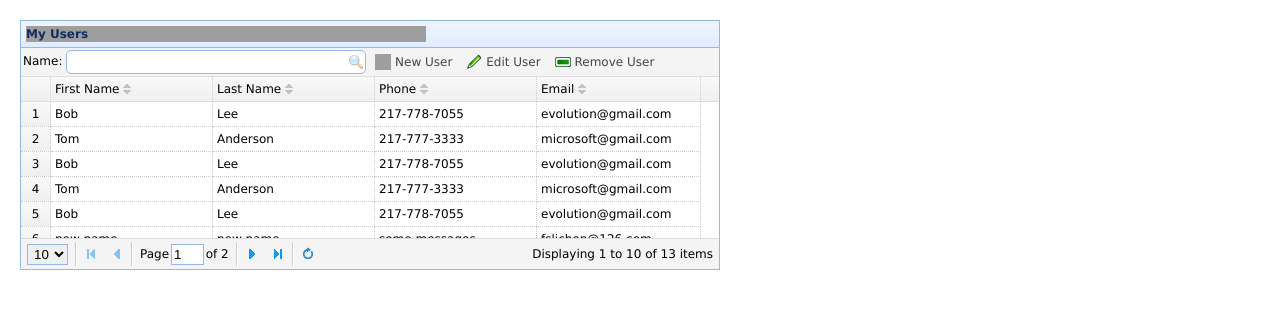
Repository: fslichen/EasyUI_Project_Management
Page: EasyUI_Project_Management/src/main/resources/static/evolution.html
The author's editor kept a copy of each file at every save. The page is drawn from the files as they stood at one save, then again after the next save.
The browser window is 1280 px wide. The pictures show the whole page.
Pictures or frames that could not be fetched are drawn as grey boxes. The page's requests for data from a server got no answer.

Above is the page before, as saved 2017-06-25 14:21:14.

### EasyUI_Project_Management/src/main/resources/static/evolution.html
<!DOCTYPE html>
<html>
<head>
<meta charset="UTF-8">
<title>Basic CRUD Application - jQuery EasyUI CRUD Demo</title>
<link rel="stylesheet" type="text/css" href="themes/default/easyui.css">
<link rel="stylesheet" type="text/css" href="themes/icon.css">
<link rel="stylesheet" type="text/css" href="themes/color.css">
<link rel="stylesheet" type="text/css" href="demo/demo.css">
<script type="text/javascript" src="jquery.min.js"></script>
<script type="text/javascript" src="jquery.easyui.min.js"></script>
<script type="text/javascript">
function post(url, request) {
	$.ajax({
	    url: url,
	    type: 'POST',
	    data: JSON.stringify(request),
	    contentType: 'application/json; charset=utf-8',
	    dataType: 'json',
	    async: true,
	    success: function(response) {
	        alert(JSON.stringify(response));
	    }
	});
}

function getColumnIds(tableId) {
	var ths = $('#' + tableId + 'th');
	var columns = new Array();
	$('th').each(function(index) {
		columns.push($(this).attr('field'));
	});
	return columns;
}

function addRow(tableId, row) {
	$('#' + tableId).datagrid('appendRow', {
		firstname: 'new name',
		lastname: 'new name',
		phone : 'some messages',
		email : 'fslichen@126.com'
	});
}

$(document).ready(function() {
	var request = {name : 'Chen'};
	post('post', request);
	var columns = getColumnIds('dg');
	for (i in columns) {
		console.info(columns[i]);
	}
	for (var i = 0; i < 8; i++) {
		addRow('dg');
	}
});
</script>
</head>
<body>
	<div id="toolbar">
		Name: <input class="easyui-textbox" data-options="iconCls:'icon-search'" style="width:300px">
		<a href="javascript:void(0)" class="easyui-linkbutton" iconCls="icon-add" plain="true" onclick="newUser()">New User</a>
		<a href="javascript:void(0)" class="easyui-linkbutton" iconCls="icon-edit" plain="true" onclick="editUser()">Edit User</a>
		<a href="javascript:void(0)" class="easyui-linkbutton" iconCls="icon-remove" plain="true" onclick="destroyUser()">Remove User</a>
	</div>
	<table id="dg" title="My Users" class="easyui-datagrid" style="width:700px;height:250px"
			url="get_users.php"
			toolbar="#toolbar" pagination="true"
			rownumbers="true" fitColumns="true" singleSelect="true">
		<thead>
			<tr>
				<th field="firstname" width="50" sortable="true">First Name</th>
				<th field="lastname" width="50" sortable="true">Last Name</th>
				<th field="phone" width="50" sortable="true">Phone</th>
				<th field="email" width="50" sortable="true">Email</th>
			</tr>
		</thead>
		<tbody>
			<tr>
				<td>Bob</td>
				<td>Lee</td>
				<td>217-778-7055</td>
				<td>evolution@gmail.com</td>
			</tr>
			<tr>
				<td>Tom</td>
				<td>Anderson</td>
				<td>217-777-3333</td>
				<td>microsoft@gmail.com</td>
			</tr>
			<tr>
				<td>Bob</td>
				<td>Lee</td>
				<td>217-778-7055</td>
				<td>evolution@gmail.com</td>
			</tr>
			<tr>
				<td>Tom</td>
				<td>Anderson</td>
				<td>217-777-3333</td>
				<td>microsoft@gmail.com</td>
			</tr>
			<tr>
				<td>Bob</td>
				<td>Lee</td>
				<td>217-778-7055</td>
				<td>evolution@gmail.com</td>
			</tr>
		</tbody>
	</table>


	<div id="dlg" class="easyui-dialog" style="width:400px;height:280px;padding:10px 20px"
			closed="true" buttons="#dlg-buttons">
		<div class="ftitle">User Information</div>
		<form id="fm" method="post" novalidate>
			<div class="fitem">
				<label>First Name:</label>
				<input name="firstname" class="easyui-textbox" required="true">
			</div>
			<div class="fitem">
				<label>Last Name:</label>
				<input name="lastname" class="easyui-textbox" required="true">
			</div>
			<div class="fitem">
				<label>Phone:</label>
				<input name="phone" class="easyui-textbox">
			</div>
			<div class="fitem">
				<label>Email:</label>
				<input name="email" class="easyui-textbox" validType="email">
			</div>
		</form>
	</div>
	<div id="dlg-buttons">
		<a href="javascript:void(0)" class="easyui-linkbutton c6" iconCls="icon-ok" onclick="saveUser()" style="width:90px">Save</a>
		<a href="javascript:void(0)" class="easyui-linkbutton" iconCls="icon-cancel" onclick="javascript:$('#dlg').dialog('close')" style="width:90px">Cancel</a>
	</div>
	<script type="text/javascript">
		var url;
		function newUser(){
			$('#dlg').dialog('open').dialog('setTitle','New User');
			$('#fm').form('clear');
			url = 'save_user.php';
		}
		function editUser(){
			var row = $('#dg').datagrid('getSelected');
			if (row){
				$('#dlg').dialog('open').dialog('setTitle','Edit User');
				$('#fm').form('load',row);
				url = 'update_user.php?id='+row.id;
			}
		}
		function saveUser(){
			$('#fm').form('submit',{
				url: url,
				onSubmit: function(){
					return $(this).form('validate');
				},
				success: function(result){
					var result = eval('('+result+')');
					if (result.errorMsg){
						$.messager.show({
							title: 'Error',
							msg: result.errorMsg
						});
					} else {
						$('#dlg').dialog('close');		// close the dialog
						$('#dg').datagrid('reload');	// reload the user data
					}
				}
			});
		}
		function destroyUser(){
			var row = $('#dg').datagrid('getSelected');
			if (row){
				$.messager.confirm('Confirm','Are you sure you want to destroy this user?',function(r){
					if (r){
						$.post('destroy_user.php',{id:row.id},function(result){
							if (result.success){
								$('#dg').datagrid('reload');	// reload the user data
							} else {
								$.messager.show({	// show error message
									title: 'Error',
									msg: result.errorMsg
								});
							}
						},'json');
					}
				});
			}
		}
	</script>
	<style type="text/css">
		#fm{
			margin:0;
			padding:10px 30px;
		}
		.ftitle{
			font-size:14px;
			font-weight:bold;
			padding:5px 0;
			margin-bottom:10px;
			border-bottom:1px solid #ccc;
		}
		.fitem{
			margin-bottom:5px;
		}
		.fitem label{
			display:inline-block;
			width:80px;
		}
		.fitem input{
			width:160px;
		}
	</style>
</body>
</html>

### EasyUI_Project_Management/src/main/resources/static/themes/icon.css
.icon-blank{
	background:url('icons/blank.gif') no-repeat center center;
}
.icon-add{
	background:url('icons/edit_add.png') no-repeat center center;
}
.icon-edit{
	background:url('icons/pencil.png') no-repeat center center;
}
.icon-clear{
	background:url('icons/clear.png') no-repeat center center;
}
.icon-remove{
	background:url('icons/edit_remove.png') no-repeat center center;
}
.icon-save{
	background:url('icons/filesave.png') no-repeat center center;
}
.icon-cut{
	background:url('icons/cut.png') no-repeat center center;
}
.icon-ok{
	background:url('icons/ok.png') no-repeat center center;
}
.icon-no{
	background:url('icons/no.png') no-repeat center center;
}
.icon-cancel{
	background:url('icons/cancel.png') no-repeat center center;
}
.icon-reload{
	background:url('icons/reload.png') no-repeat center center;
}
.icon-search{
	background:url('icons/search.png') no-repeat center center;
}
.icon-print{
	background:url('icons/print.png') no-repeat center center;
}
.icon-help{
	background:url('icons/help.png') no-repeat center center;
}
.icon-undo{
	background:url('icons/undo.png') no-repeat center center;
}
.icon-redo{
	background:url('icons/redo.png') no-repeat center center;
}
.icon-back{
	background:url('icons/back.png') no-repeat center center;
}
.icon-sum{
	background:url('icons/sum.png') no-repeat center center;
}
.icon-tip{
	background:url('icons/tip.png') no-repeat center center;
}
.icon-filter{
	background:url('icons/filter.png') no-repeat center center;
}
.icon-man{
	background:url('icons/man.png') no-repeat center center;
}
.icon-lock{
	background:url('icons/lock.png') no-repeat center center;
}
.icon-more{
	background:url('icons/more.png') no-repeat center center;
}


.icon-mini-add{
	background:url('icons/mini_add.png') no-repeat center center;
}
.icon-mini-edit{
	background:url('icons/mini_edit.png') no-repeat center center;
}
.icon-mini-refresh{
	background:url('icons/mini_refresh.png') no-repeat center center;
}

.icon-large-picture{
	background:url('icons/large_picture.png') no-repeat center center;
}
.icon-large-clipart{
	background:url('icons/large_clipart.png') no-repeat center center;
}
.icon-large-shapes{
	background:url('icons/large_shapes.png') no-repeat center center;
}
.icon-large-smartart{
	background:url('icons/large_smartart.png') no-repeat center center;
}
.icon-large-chart{
	background:url('icons/large_chart.png') no-repeat center center;
}

### EasyUI_Project_Management/src/main/resources/static/themes/color.css
.c1,.c1:hover,.c1>.panel-header{
	color: #fff;
	border-color: #3c8b3c;
	background: #4cae4c;
	background: -webkit-linear-gradient(top,#4cae4c 0,#449d44 100%);
	background: -moz-linear-gradient(top,#4cae4c 0,#449d44 100%);
	background: -o-linear-gradient(top,#4cae4c 0,#449d44 100%);
	background: linear-gradient(to bottom,#4cae4c 0,#449d44 100%);
	filter: progid:DXImageTransform.Microsoft.gradient(startColorstr=#4cae4c,endColorstr=#449d44,GradientType=0);
}
a.c1:hover{
	background: #449d44;
	filter: none;
}
.c1>.panel-body{
	border-color: #3c8b3c;
}
.c1>.dialog-toolbar,.c1>.dialog-button{
	border-left-color: #3c8b3c;
	border-right-color: #3c8b3c;
}
.c1>.dialog-button{
	border-bottom-color: #3c8b3c;
}
.c2,.c2:hover,.c2>.panel-header{
	color: #fff;
	border-color: #5f5f5f;
	background: #747474;
	background: -webkit-linear-gradient(top,#747474 0,#676767 100%);
	background: -moz-linear-gradient(top,#747474 0,#676767 100%);
	background: -o-linear-gradient(top,#747474 0,#676767 100%);
	background: linear-gradient(to bottom,#747474 0,#676767 100%);
	filter: progid:DXImageTransform.Microsoft.gradient(startColorstr=#747474,endColorstr=#676767,GradientType=0);
}
a.c2:hover{
	background: #676767;
	filter: none;
}
.c2>.panel-body{
	border-color: #5f5f5f;
}
.c2>.dialog-toolbar,.c2>.dialog-button{
	border-left-color: #5f5f5f;
	border-right-color: #5f5f5f;
}
.c2>.dialog-button{
	border-bottom-color: #5f5f5f;
}
.c3,.c3:hover,.c3>.panel-header{
	color: #333;
	border-color: #ff8080;
	background: #ffb3b3;
	background: -webkit-linear-gradient(top,#ffb3b3 0,#ff9999 100%);
	background: -moz-linear-gradient(top,#ffb3b3 0,#ff9999 100%);
	background: -o-linear-gradient(top,#ffb3b3 0,#ff9999 100%);
	background: linear-gradient(to bottom,#ffb3b3 0,#ff9999 100%);
	filter: progid:DXImageTransform.Microsoft.gradient(startColorstr=#ffb3b3,endColorstr=#ff9999,GradientType=0);
}
a.c3:hover{
	background: #ff9999;
	filter: none;
}
.c3>.panel-body{
	border-color: #ff8080;
}
.c3>.dialog-toolbar,.c3>.dialog-button{
	border-left-color: #ff8080;
	border-right-color: #ff8080;
}
.c3>.dialog-button{
	border-bottom-color: #ff8080;
}
.c4,.c4:hover,.c4>.panel-header{
	color: #333;
	border-color: #52d689;
	background: #b8eecf;
	background: -webkit-linear-gradient(top,#b8eecf 0,#a4e9c1 100%);
	background: -moz-linear-gradient(top,#b8eecf 0,#a4e9c1 100%);
	background: -o-linear-gradient(top,#b8eecf 0,#a4e9c1 100%);
	background: linear-gradient(to bottom,#b8eecf 0,#a4e9c1 100%);
	filter: progid:DXImageTransform.Microsoft.gradient(startColorstr=#b8eecf,endColorstr=#a4e9c1,GradientType=0);
}
a.c4:hover{
	background: #a4e9c1;
	filter: none;
}
.c4>.panel-body{
	border-color: #52d689;
}
.c4>.dialog-toolbar,.c4>.dialog-button{
	border-left-color: #52d689;
	border-right-color: #52d689;
}
.c4>.dialog-button{
	border-bottom-color: #52d689;
}
.c5,.c5:hover,.c5>.panel-header{
	color: #fff;
	border-color: #b52b27;
	background: #d84f4b;
	background: -webkit-linear-gradient(top,#d84f4b 0,#c9302c 100%);
	background: -moz-linear-gradient(top,#d84f4b 0,#c9302c 100%);
	background: -o-linear-gradient(top,#d84f4b 0,#c9302c 100%);
	background: linear-gradient(to bottom,#d84f4b 0,#c9302c 100%);
	filter: progid:DXImageTransform.Microsoft.gradient(startColorstr=#d84f4b,endColorstr=#c9302c,GradientType=0);
}
a.c5:hover{
	background: #c9302c;
	filter: none;
}
.c5>.panel-body{
	border-color: #b52b27;
}
.c5>.dialog-toolbar,.c5>.dialog-button{
	border-left-color: #b52b27;
	border-right-color: #b52b27;
}
.c5>.dialog-button{
	border-bottom-color: #b52b27;
}
.c6,.c6:hover,.c6>.panel-header{
	color: #fff;
	border-color: #1f637b;
	background: #2984a4;
	background: -webkit-linear-gradient(top,#2984a4 0,#24748f 100%);
	background: -moz-linear-gradient(top,#2984a4 0,#24748f 100%);
	background: -o-linear-gradient(top,#2984a4 0,#24748f 100%);
	background: linear-gradient(to bottom,#2984a4 0,#24748f 100%);
	filter: progid:DXImageTransform.Microsoft.gradient(startColorstr=#2984a4,endColorstr=#24748f,GradientType=0);
}
a.c6:hover{
	background: #24748f;
	filter: none;
}
.c6>.panel-body{
	border-color: #1f637b;
}
.c6>.dialog-toolbar,.c6>.dialog-button{
	border-left-color: #1f637b;
	border-right-color: #1f637b;
}
.c6>.dialog-button{
	border-bottom-color: #1f637b;
}
.c7,.c7:hover,.c7>.panel-header{
	color: #333;
	border-color: #e68900;
	background: #ffab2e;
	background: -webkit-linear-gradient(top,#ffab2e 0,#ff9900 100%);
	background: -moz-linear-gradient(top,#ffab2e 0,#ff9900 100%);
	background: -o-linear-gradient(top,#ffab2e 0,#ff9900 100%);
	background: linear-gradient(to bottom,#ffab2e 0,#ff9900 100%);
	filter: progid:DXImageTransform.Microsoft.gradient(startColorstr=#ffab2e,endColorstr=#ff9900,GradientType=0);
}
a.c7:hover{
	background: #ff9900;
	filter: none;
}
.c7>.panel-body{
	border-color: #e68900;
}
.c7>.dialog-toolbar,.c7>.dialog-button{
	border-left-color: #e68900;
	border-right-color: #e68900;
}
.c7>.dialog-button{
	border-bottom-color: #e68900;
}
.c8,.c8:hover,.c8>.panel-header{
	color: #fff;
	border-color: #4b72a4;
	background: #698cba;
	background: -webkit-linear-gradient(top,#698cba 0,#577eb2 100%);
	background: -moz-linear-gradient(top,#698cba 0,#577eb2 100%);
	background: -o-linear-gradient(top,#698cba 0,#577eb2 100%);
	background: linear-gradient(to bottom,#698cba 0,#577eb2 100%);
	filter: progid:DXImageTransform.Microsoft.gradient(startColorstr=#698cba,endColorstr=#577eb2,GradientType=0);
}
a.c8:hover{
	background: #577eb2;
	filter: none;
}
.c8>.panel-body{
	border-color: #4b72a4;
}
.c8>.dialog-toolbar,.c8>.dialog-button{
	border-left-color: #4b72a4;
	border-right-color: #4b72a4;
}
.c8>.dialog-button{
	border-bottom-color: #4b72a4;
}
.c1>.panel-header>.panel-title,.c2>.panel-header>.panel-title,
.c5>.panel-header>.panel-title,.c6>.panel-header>.panel-title,.c8>.panel-header>.panel-title{
	color: #fff;
}
.c-plain{
	border-color: #fff;
	background: #fff;
}
.c-plain>.panel-header,
.c-plain>.panel-body,
.c-plain>.dialog-button,
.c-plain>.dialog-toolbar{
	border-color: transparent;
	background: transparent;
}
.c-raised{
	box-shadow: 0 2px 5px 0 rgba(0, 0, 0, 0.16), 0 2px 10px 0 rgba(0, 0, 0, 0.12);
}

Loaded but not shown: EasyUI_Project_Management/src/main/resources/static/demo/demo.css (common file); EasyUI_Project_Management/src/main/resources/static/jquery.min.js (library); EasyUI_Project_Management/src/main/resources/static/jquery.easyui.min.js (library); EasyUI_Project_Management/src/main/resources/static/themes/default/easyui.css (3220 lines, source omitted)

After the next save:
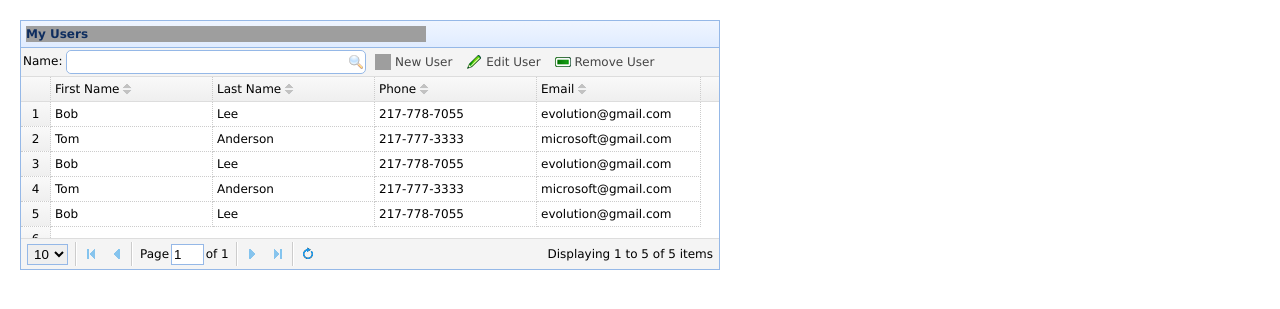
Console error: TypeError: Cannot read properties of undefined (reading 'firstname')
Saved 4 s later.
--- a/EasyUI_Project_Management/src/main/resources/static/evolution.html
+++ b/EasyUI_Project_Management/src/main/resources/static/evolution.html
@@ -34,12 +34,7 @@
 }
 
 function addRow(tableId, row) {
-	$('#' + tableId).datagrid('appendRow', {
-		firstname: 'new name',
-		lastname: 'new name',
-		phone : 'some messages',
-		email : 'fslichen@126.com'
-	});
+	$('#' + tableId).datagrid('appendRow', row);
 }
 
 $(document).ready(function() {

After the save that followed:
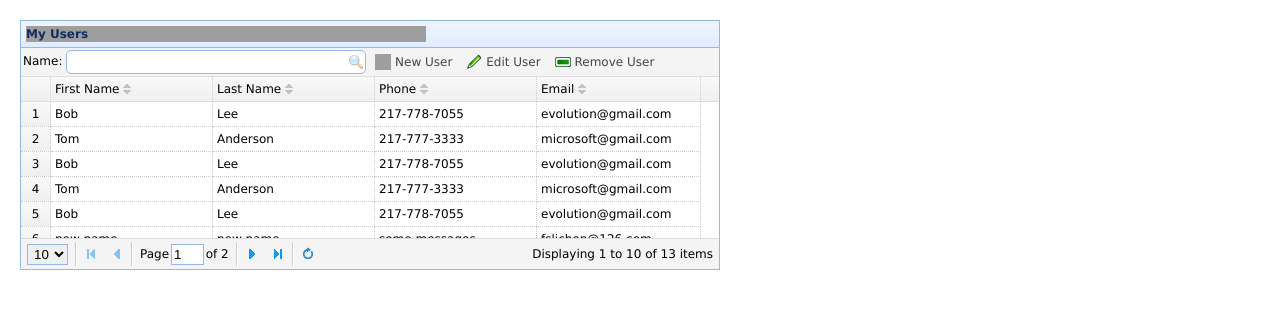
The error is gone.
Saved 10 s later.
--- a/EasyUI_Project_Management/src/main/resources/static/evolution.html
+++ b/EasyUI_Project_Management/src/main/resources/static/evolution.html
@@ -45,7 +45,12 @@
 		console.info(columns[i]);
 	}
 	for (var i = 0; i < 8; i++) {
-		addRow('dg');
+		addRow('dg', {
+			firstname: 'new name',
+			lastname: 'new name',
+			phone : 'some messages',
+			email : 'fslichen@126.com'
+		});
 	}
 });
 </script>
